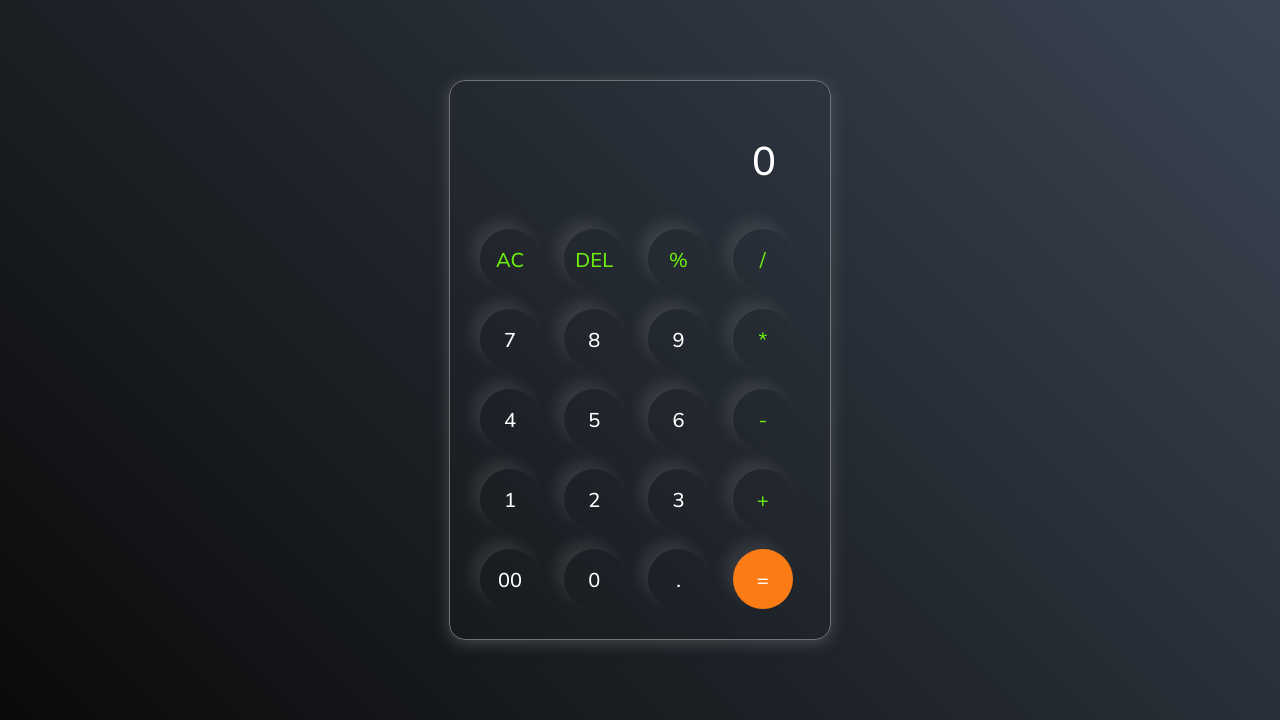
Repository: vaibhav1281/Calculator
Page: index.html
These files come from the project's save history. The page is drawn as it stood at one moment and after the next save; the edit follows.
The browser window is 1280 px wide. The pictures show the whole page.

Above is the page before, as saved 2023-05-06 20:38:58.

After the next save:
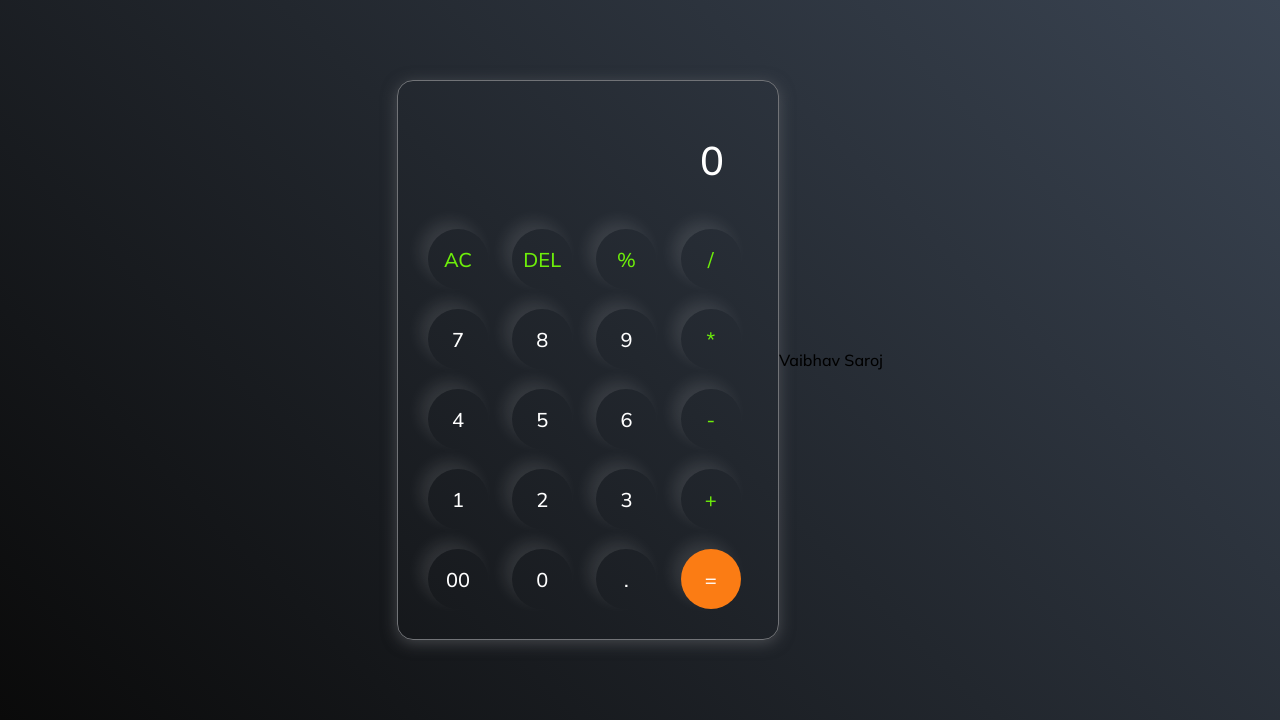
Saved 8 s later.
--- a/index.html
+++ b/index.html
@@ -42,7 +42,7 @@
         </div>
     </div>
 
-    <div class="name"></div>
+    <div class="name">Vaibhav Saroj</div>
     <script src="index.js"></script>
 </body>
 </html>
